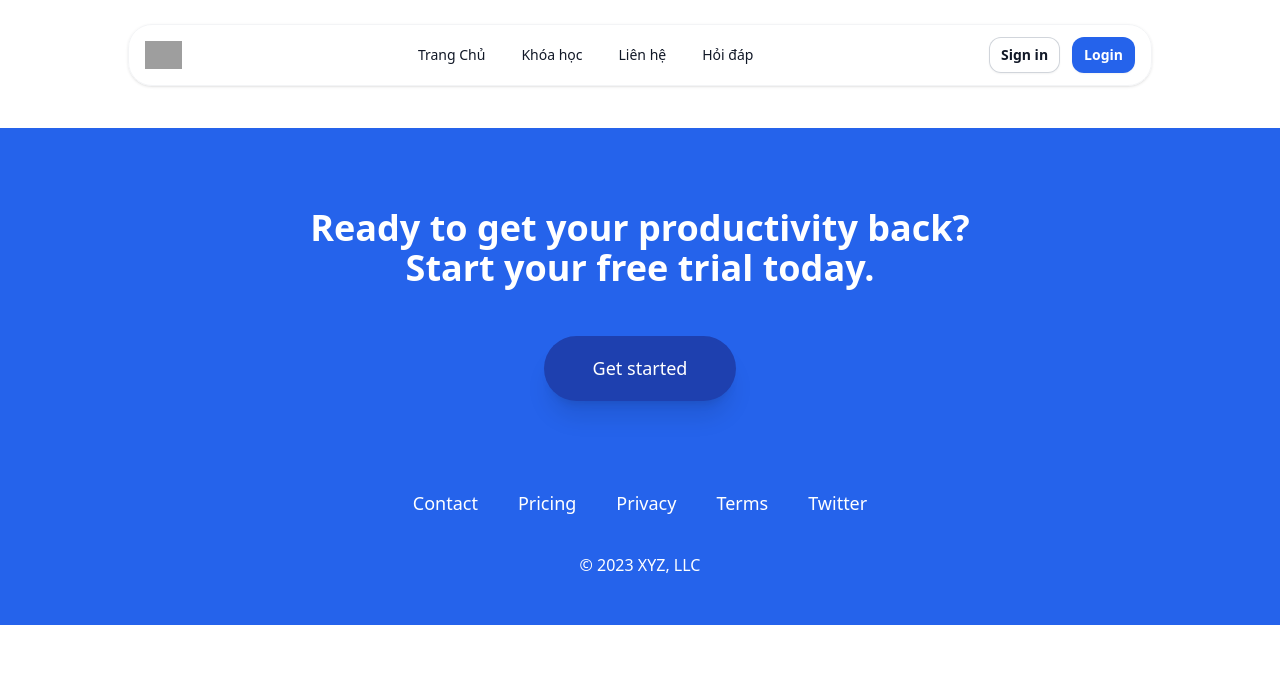
Repository: HzTung/quiz_laravel_vue
Page: / (app in Frontend/)
The author's editor kept a copy of each file at every save. The page is drawn from the files as they stood at one save, then again after the next save.
The browser window is 1280 px wide. The pictures show the whole page.
Pictures or frames that could not be fetched are drawn as grey boxes. The project was rebuilt for these pictures with package versions that can differ from the ones it lists, and the page was loaded fresh each time. Also part of the build but not shown: Frontend/vite.config.js, Frontend/src/views/Login.vue, Frontend/src/views/SignUp.vue.

Above is the page before, as saved 2024-08-09 12:53:28.

### Frontend/src/main.js
import { createApp } from "vue";
import "tailwindcss/tailwind.css";
import "./style.css";
import router from "./router";
import App from "./App.vue";

createApp(App).use(router).mount("#app");

### Frontend/src/router/index.js
import { createRouter, createWebHistory } from "vue-router";
import Login from "../views/Login.vue";
import SignUp from "../views/SignUp.vue";
import client from "../layout/client.vue";

const routes = [
    {
        path: "/",
        name: "home",
        component: client,
        children: [
            {
                path: "login",
                name: "login",
                component: Login,
            },
            {
                path: "signup",
                name: "signup",
                component: SignUp,
            },
        ],
    },
];
const router = createRouter({
    history: createWebHistory(),
    routes,
});

export default router;

### Frontend/src/App.vue
<script setup></script>

<template><router-view></router-view></template>

<style scoped></style>

### Frontend/src/layout/client.vue
<template>
    <HeaderView></HeaderView>
    <router-view></router-view>
    <FooterView></FooterView>
</template>

<script setup>
import HeaderView from "../components/HeaderView.vue";
import FooterView from "../components/FooterView.vue";
</script>

### Frontend/src/components/HeaderView.vue
<template>
    <header
        class="fixed inset-x-0 top-0 z-30 mx-auto w-full max-w-screen-md border border-gray-100 bg-white/80 py-3 shadow backdrop-blur-lg md:top-6 md:rounded-3xl lg:max-w-screen-lg"
    >
        <div class="px-4">
            <div class="flex items-center justify-between">
                <div class="flex shrink-0">
                    <a aria-current="page" class="flex items-center" href="/">
                        <img
                            class="h-7 w-auto"
                            src="https://upload.wikimedia.org/wikipedia/commons/f/fa/Apple_logo_black.svg"
                            alt=""
                        />
                        <p class="sr-only">Website Title</p>
                    </a>
                </div>
                <div
                    class="hidden md:flex md:items-center md:justify-center md:gap-5"
                >
                    <router-link
                        :to="{ name: 'home' }"
                        aria-current="page"
                        class="inline-block rounded-lg px-2 py-1 text-sm font-medium text-gray-900 transition-all duration-200 hover:bg-gray-100 hover:text-gray-900"
                        >Trang Chủ
                    </router-link>
                    <a
                        class="inline-block rounded-lg px-2 py-1 text-sm font-medium text-gray-900 transition-all duration-200 hover:bg-gray-100 hover:text-gray-900"
                        href="#"
                        >Khóa học</a
                    >
                    <a
                        class="inline-block rounded-lg px-2 py-1 text-sm font-medium text-gray-900 transition-all duration-200 hover:bg-gray-100 hover:text-gray-900"
                        href="#"
                        >Liên hệ</a
                    >
                    <a
                        class="inline-block rounded-lg px-2 py-1 text-sm font-medium text-gray-900 transition-all duration-200 hover:bg-gray-100 hover:text-gray-900"
                        href="#"
                        >Hỏi đáp</a
                    >
                </div>
                <div class="flex items-center justify-end gap-3">
                    <a
                        class="hidden items-center justify-center rounded-xl bg-white px-3 py-2 text-sm font-semibold text-gray-900 shadow-sm ring-1 ring-inset ring-gray-300 transition-all duration-150 hover:bg-gray-50 sm:inline-flex"
                        href="/login"
                        >Sign in</a
                    >
                    <router-link :to="{ name: 'login' }"
                        ><a
                            href=""
                            class="inline-flex items-center justify-center rounded-xl bg-blue-600 px-3 py-2 text-sm font-semibold text-white shadow-sm transition-all duration-150 hover:bg-blue-500 focus-visible:outline focus-visible:outline-2 focus-visible:outline-offset-2 focus-visible:outline-blue-600"
                            >Login</a
                        ></router-link
                    >
                </div>
            </div>
        </div>
    </header>
</template>

### Frontend/src/components/FooterView.vue
<template>
    <footer
        class="mt-20 xl:mt-32 mx-auto w-full relative text-center bg-blue-600 text-white"
    >
        <div class="px-6 py-8 md:py-14 xl:pt-20 xl:pb-12">
            <h2 class="font-bold text-3xl xl:text-4xl leading-snug">
                Ready to get your productivity back?<br />Start your free trial
                today.
            </h2>
            <a
                class="mt-8 xl:mt-12 px-12 py-5 text-lg font-medium leading-tight inline-block bg-blue-800 rounded-full shadow-xl border border-transparent hover:bg-sky-700 focus:outline-none focus:ring-2 focus:ring-offset-2 focus:ring-offset-sky-999 focus:ring-sky-500"
                href="#"
                >Get started</a
            >
            <div class="mt-14 xl:mt-20">
                <nav class="flex flex-wrap justify-center text-lg font-medium">
                    <div class="px-5 py-2"><a href="#">Contact</a></div>
                    <div class="px-5 py-2"><a href="#">Pricing</a></div>
                    <div class="px-5 py-2"><a href="#">Privacy</a></div>
                    <div class="px-5 py-2"><a href="#">Terms</a></div>
                    <div class="px-5 py-2"><a href="#">Twitter</a></div>
                </nav>
                <p class="mt-7 text-base">© 2023 XYZ, LLC</p>
            </div>
        </div>
    </footer>
</template>

Loaded but not shown: Frontend/index.html (common file); Frontend/src/style.css (common file); Frontend/tailwind.config.js (common file); Frontend/src/views/Home.vue (common file)

After the next save:
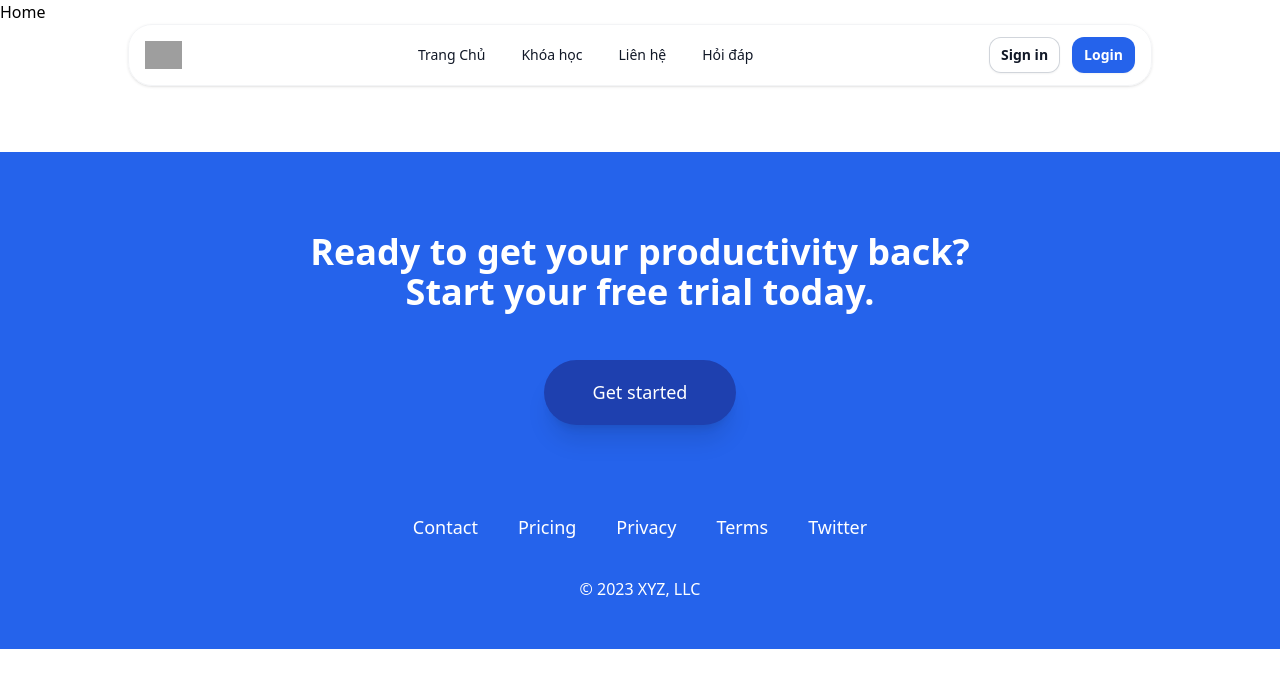
Saved 50 s later.
--- a/Frontend/src/router/index.js
+++ b/Frontend/src/router/index.js
@@ -2,6 +2,7 @@ import { createRouter, createWebHistory } from "vue-router";
 import Login from "../views/Login.vue";
 import SignUp from "../views/SignUp.vue";
 import client from "../layout/client.vue";
+import Home from "../views/Home.vue";
 
 const routes = [
     {
@@ -9,6 +10,11 @@ const routes = [
         name: "home",
         component: client,
         children: [
+            {
+                path: "/",
+                name: "index",
+                component: Home,
+            },
             {
                 path: "login",
                 name: "login",
